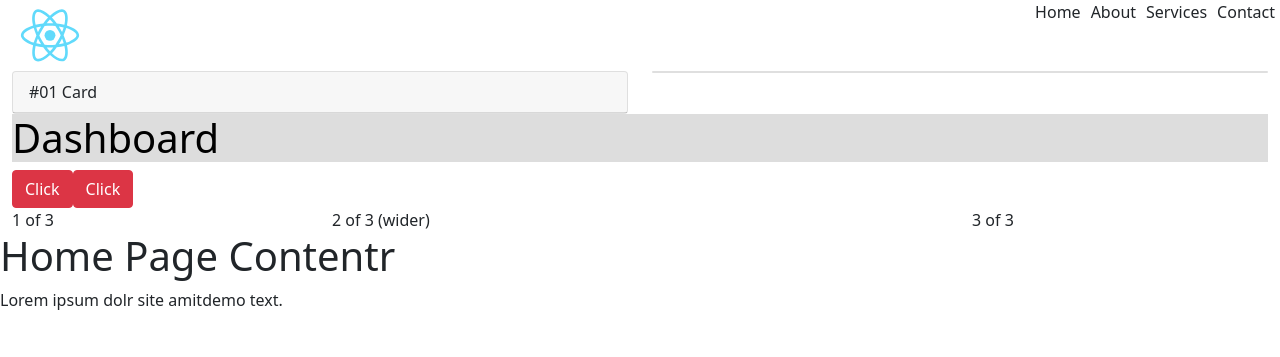
Repository: rudra319/react
Page: /
The author's editor kept a copy of each file at every save. The page is drawn from the files as they stood at one save, then again after the next save.
The browser window is 1280 px wide. The pictures show the whole page.
The project was rebuilt for these pictures with package versions that can differ from the ones it lists, and the page was loaded fresh each time. Also part of the build but not shown: src/App.css.

Above is the page before, as saved 2022-05-17 17:11:50.

After the next save:
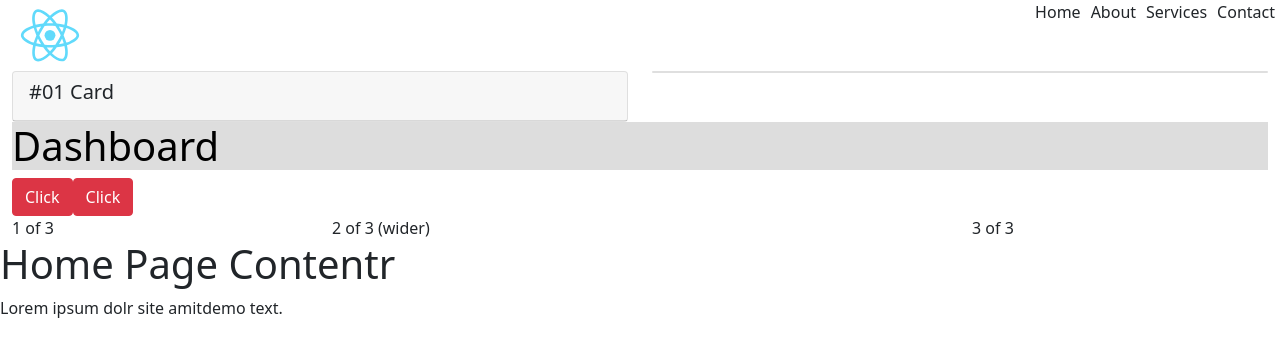
Saved 45 s later.
--- a/src/pages/dashboard/Chinmayee.jsx
+++ b/src/pages/dashboard/Chinmayee.jsx
@@ -17,7 +17,7 @@
                 <Col>
                     <Card>
                         <CardHeader>
-                            #01 Card
+                        <h5 class="card-title">#01 Card</h5>
                         </CardHeader>
                         <CardGroup>
 
